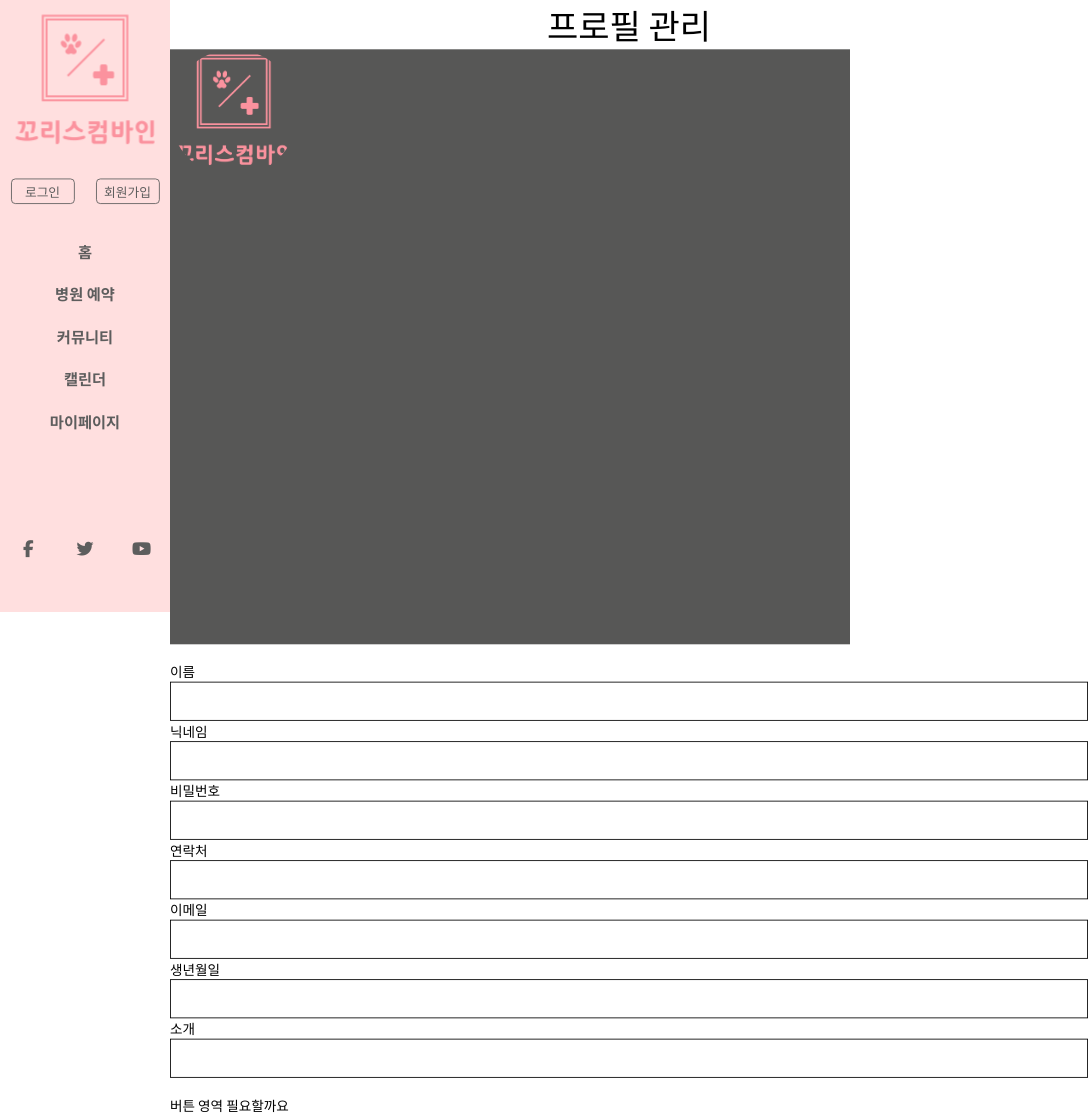
Repository: dodnam/kkoris
Page: http://localhost/1_kkoris/reservation2.jsp
The author's editor kept a copy of each file at every save. The page is drawn from the files as they stood at one save, then again after the next save.
The browser window is 1280 px wide. The pictures show the whole page, at 85% of full size.
Some web libraries are served in a nearby version. The page is served by Tomcat 9.

Above is the page before, as saved 2020-02-17 14:41:13.

After the next save:
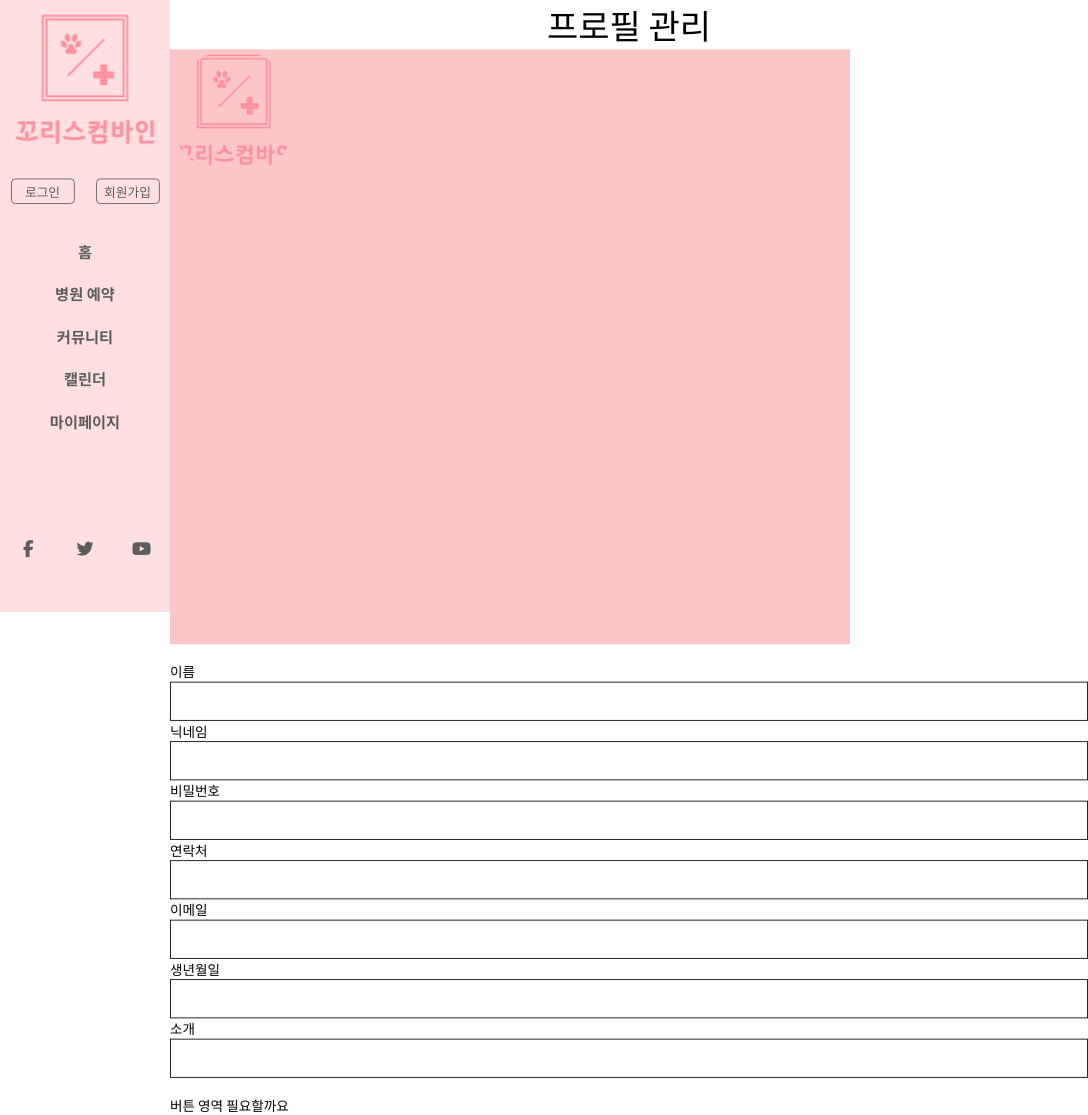
Saved 36 s later.
--- a/1_kkoris/WebContent/reservation2.jsp
+++ b/1_kkoris/WebContent/reservation2.jsp
@@ -8,7 +8,7 @@
 <link rel="stylesheet" type="text/css" href="<%= request.getContextPath() %>/css/index.css"/>
 <link rel="stylesheet" type="text/css" href="<%= request.getContextPath() %>/css/layout.css"/>
 <style>
-	.box_con{width:800px; height:700px; background-color:#575756;}
+	.box_con{width:800px; height:700px; background-color:#fcc6c9;}
 	.box{width: 150px; height:150px; border-radius:70%; overflow:hidden;}
 	.profile{width: 100%; height:100%; object-fit:cover;}
 	.userTitle{font-size:40px; text-align:center; top:30px;}
